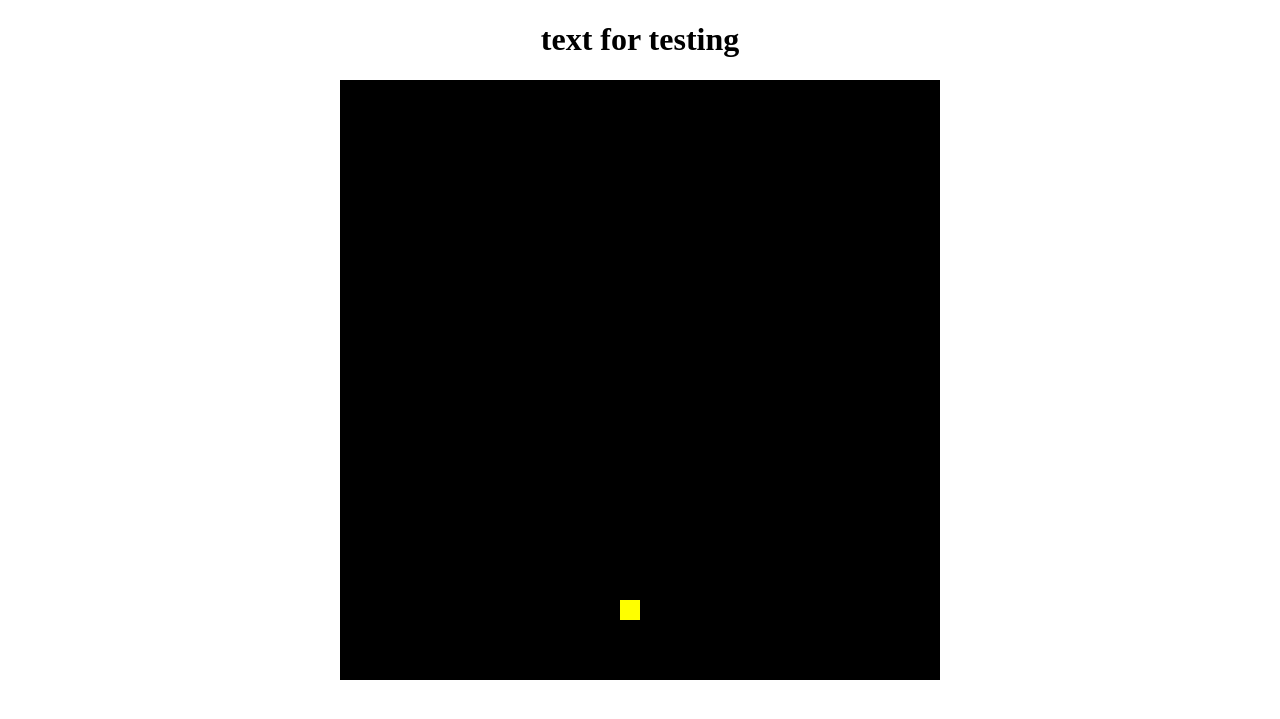
Repository: jessehapuli/jessehapuli.github.io
Page: snake/snake.html
These files come from the project's save history. The page is drawn as it stood at one moment and after the next save; the edit follows.
The browser window is 1280 px wide. The pictures show the whole page.

Above is the page before, as saved 2024-05-13 13:10:20.

After the next save:
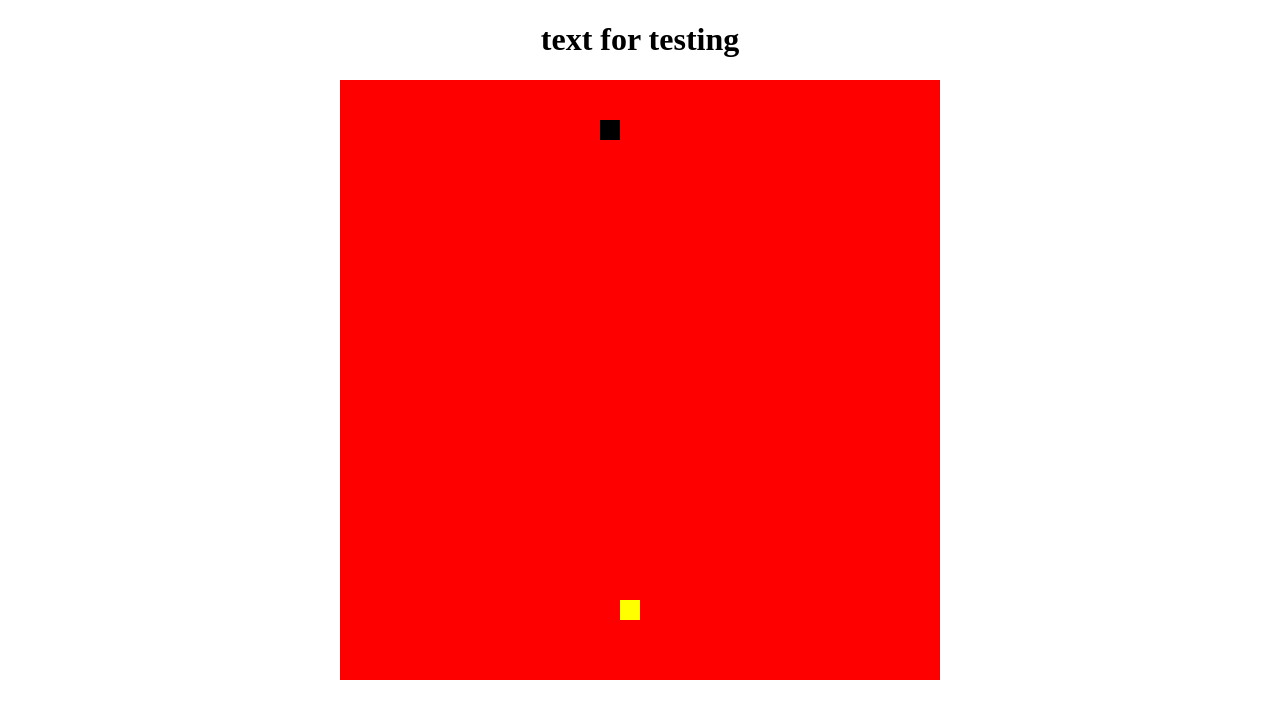
Saved 19 s later.
--- a/snake/testsnake.js
+++ b/snake/testsnake.js
@@ -40,7 +40,7 @@ function update() {
     if (gameover) {
         return;
     }
-    Context.fillStyle="rgb(red)";
+    Context.fillStyle="red";
     Context.fillRect(0, 0, board.width, board.height);
 
     Context.fillStyle="yellow";
